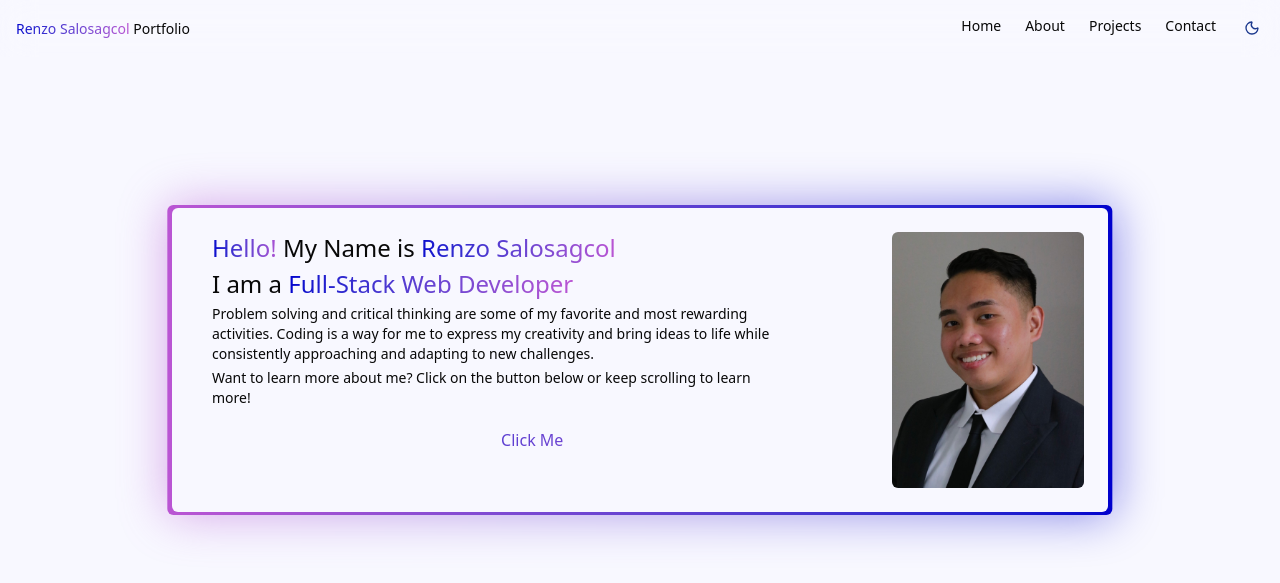
Repository: Renzo-Salosagcol/Updated_Personal_Portfolio
Page: /
These files come from the project's save history. The page is drawn as it stood at one moment and after a run of saves; the edit follows.
The browser window is 1280 px wide. The pictures show the whole page.
The project was rebuilt for these pictures with package versions that can differ from the ones it lists, and the page was loaded fresh each time. Also part of the build but not shown: vite.config.js, src/pages/NotFound.jsx.

Above is the page before, as saved 2025-10-09 20:11:57.

After the next 2 saves:
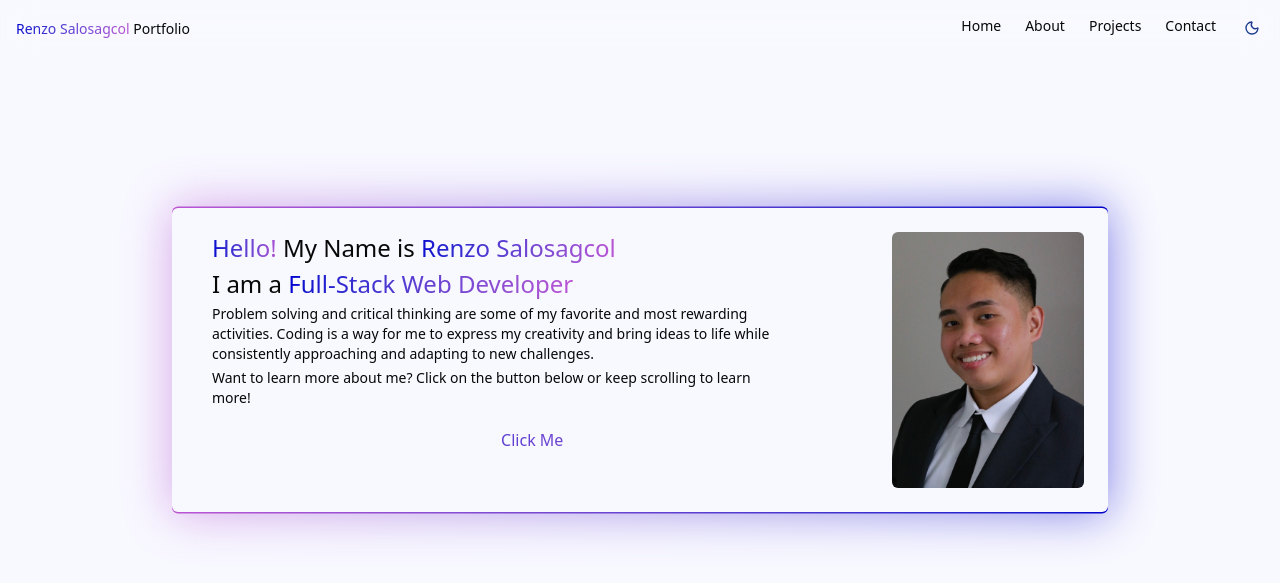
The 2 saves are shown as one change because they came seconds apart.
The last was saved 2 min 13 s later.
--- a/src/index.css
+++ b/src/index.css
@@ -70,7 +70,7 @@
 }
 
 @utility after-gradient-border {
-  @apply absolute h-[102%] w-[101%] top-1/2 left-1/2 -translate-x-1/2 -translate-y-1/2 rounded-md -z-10 bg-gradient-to-l from-primary to-secondary;
+  @apply absolute h-[101%] w-[100%] top-1/2 left-1/2 -translate-x-1/2 -translate-y-1/2 rounded-md -z-10 bg-gradient-to-l from-primary to-secondary;
   content: '';
   /* animation: 3s spin linear infinite; */
 }
